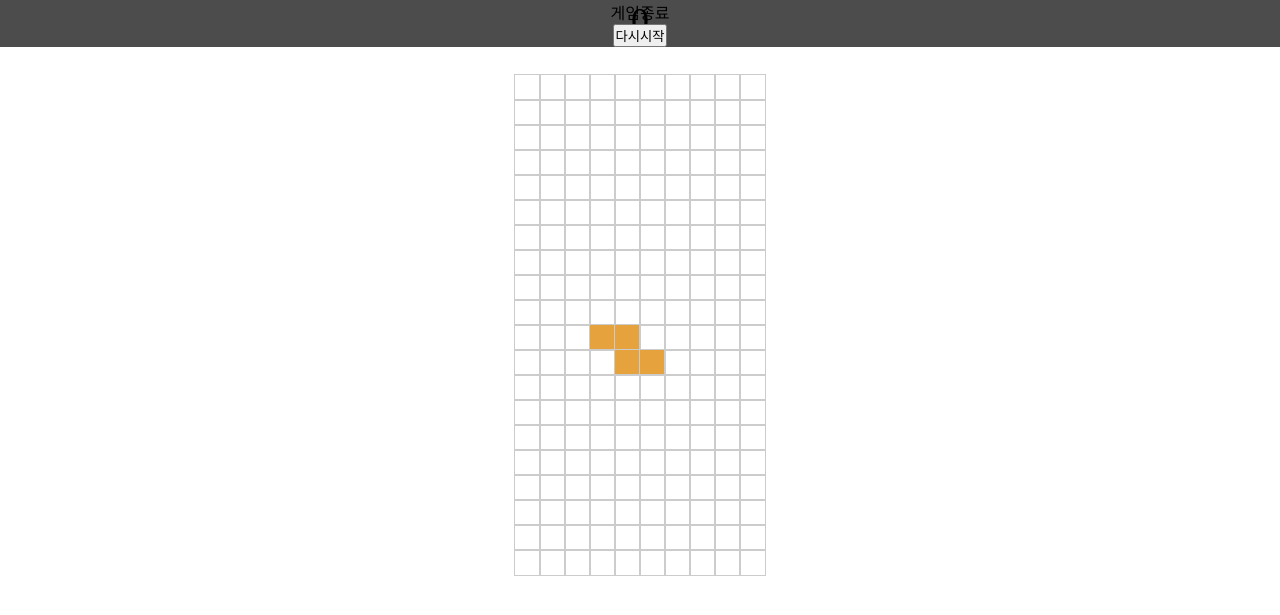
Repository: chlwpdnswku/tetris
Page: index.html
An editor plug-in stored every save of this project. The page is shown before and after a run of saves, followed by the edit.
The browser window is 1280 px wide. The pictures show the whole page.

Above is the page before, as saved 2022-12-14 00:18:17.

After the next 3 saves:
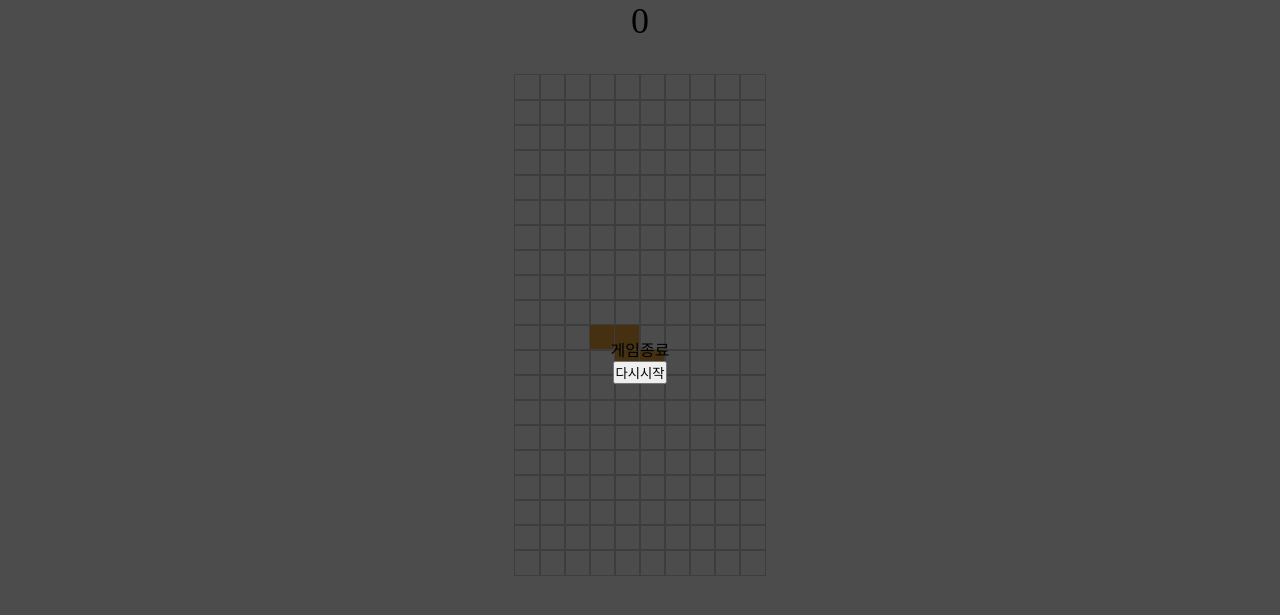
The 3 saves are shown as one change because they came seconds apart.
The last was saved 10 s later.
--- a/style.css
+++ b/style.css
@@ -16,7 +16,7 @@ body {
   flex-direction: column;
   position: fixed;
   width: 100%;
-  /* height: 100%; */
+  height: 100%;
   background: rgba(0, 0, 0, 0.7);
   left: 0;
   top: 0;
